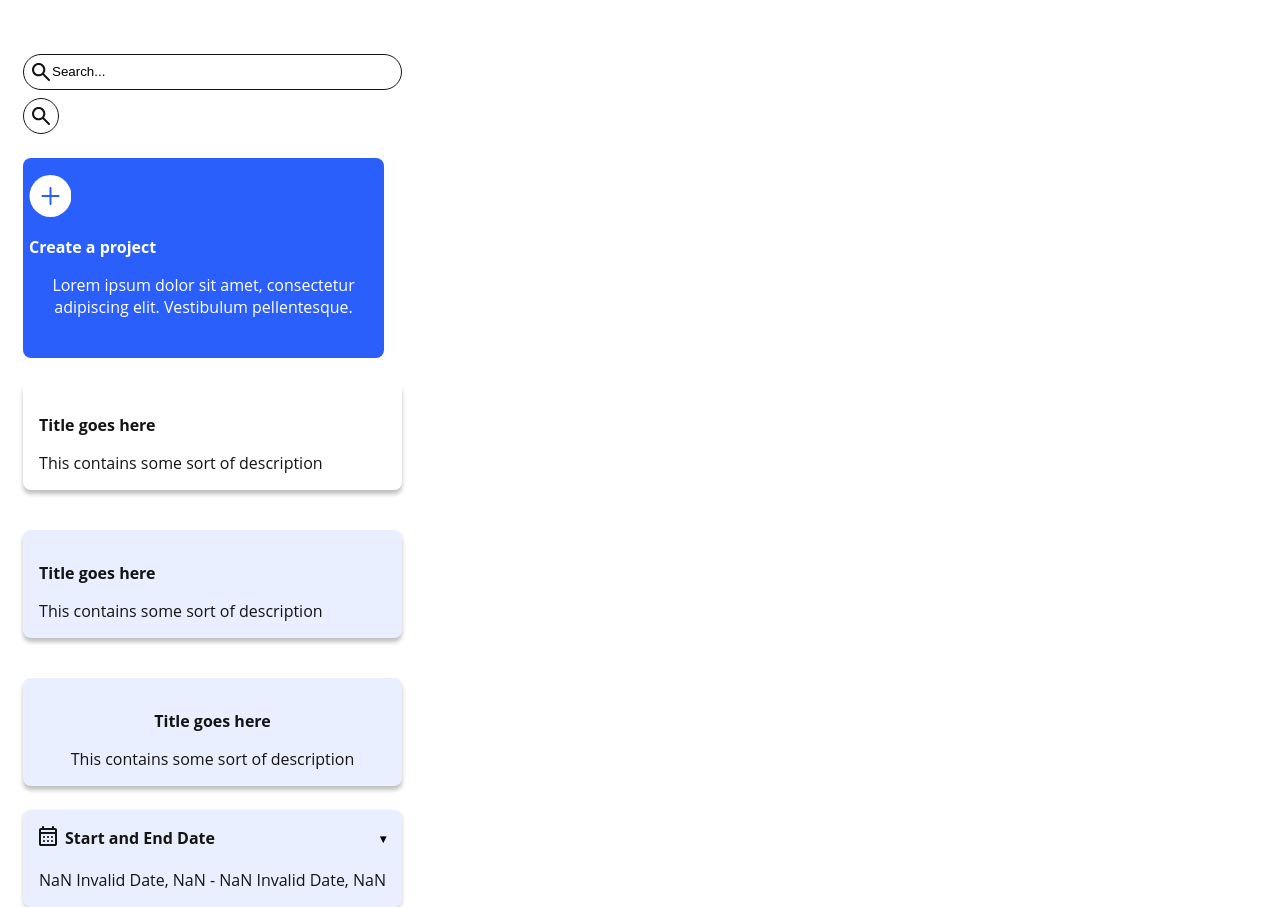
Repository: brunaguarizo/mosaic_app
Page: /
These files come from the project's save history. The page is drawn as it stood at one moment and after the next save; the edit follows.
The browser window is 1280 px wide. The pictures show the whole page.
The project was rebuilt for these pictures with package versions that can differ from the ones it lists, and the page was loaded fresh each time. The framework's server and built-in components were replaced by stand-ins that run in the browser. Also part of the build but not shown: next.config.mjs, app/_ui/navbar/navbar.js, app/_ui/Button/Button.js, app/_ui/Tag/Tag.js, app/_ui/Project_card/Project_card.js, app/_ui/Date_PopUp/Date_PopUp.module.css, app/_ui/Date_PopUp/Date_PopUp.js.

Above is the page before, as saved 2025-04-18 19:06:07.

After the next save:
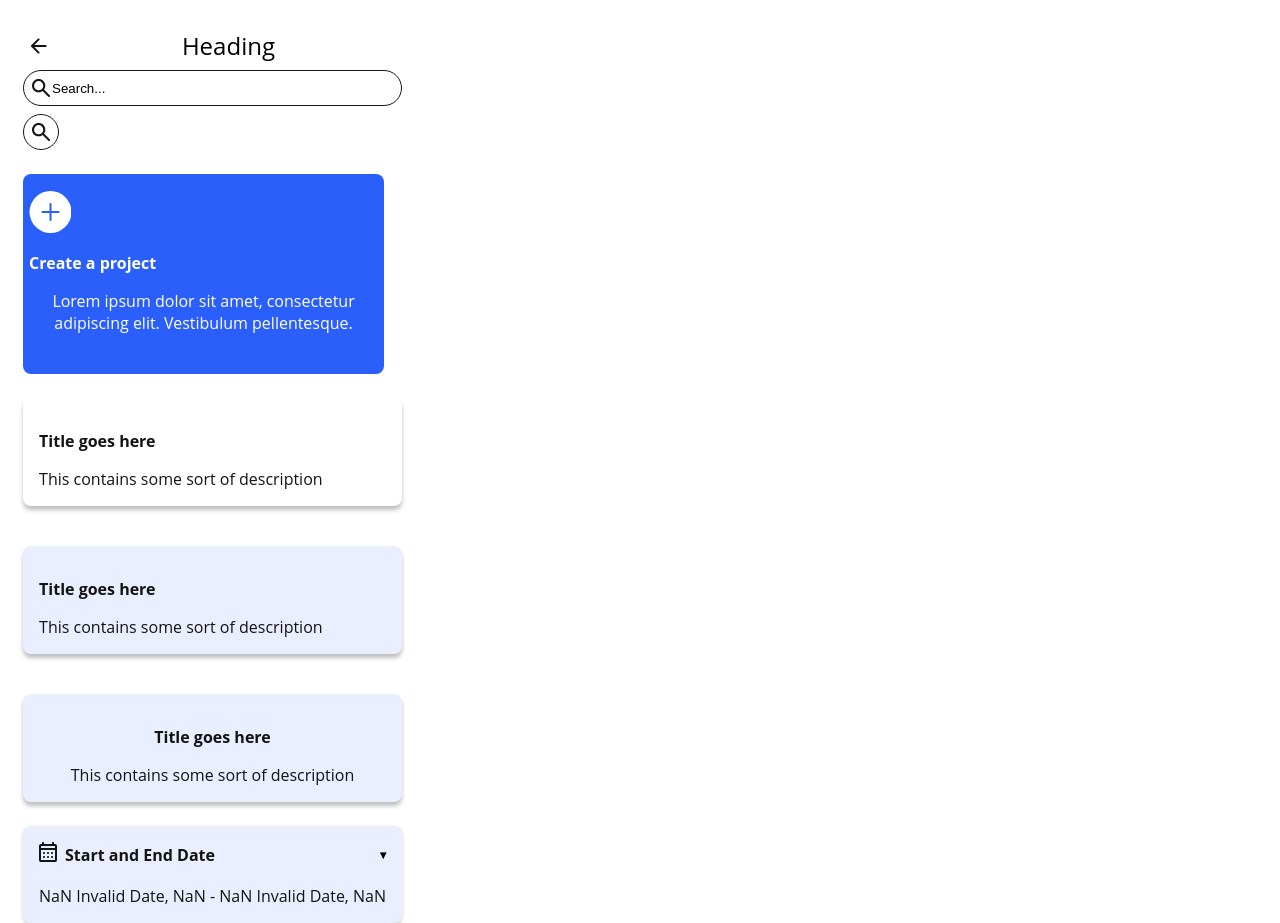
Saved 32 s later.
--- a/app/page.js
+++ b/app/page.js
@@ -12,7 +12,7 @@ import Headingbar from "./_ui/Heading_Bar/Heading_Bar";
 export default function Home() {
     return (
         <div className={Styles.container}>
-            <Headingbar type='primary' />
+            <Headingbar type='navigation' />
             <Searchbar type='primary' />
             <Searchbar
                 type='secondary'
